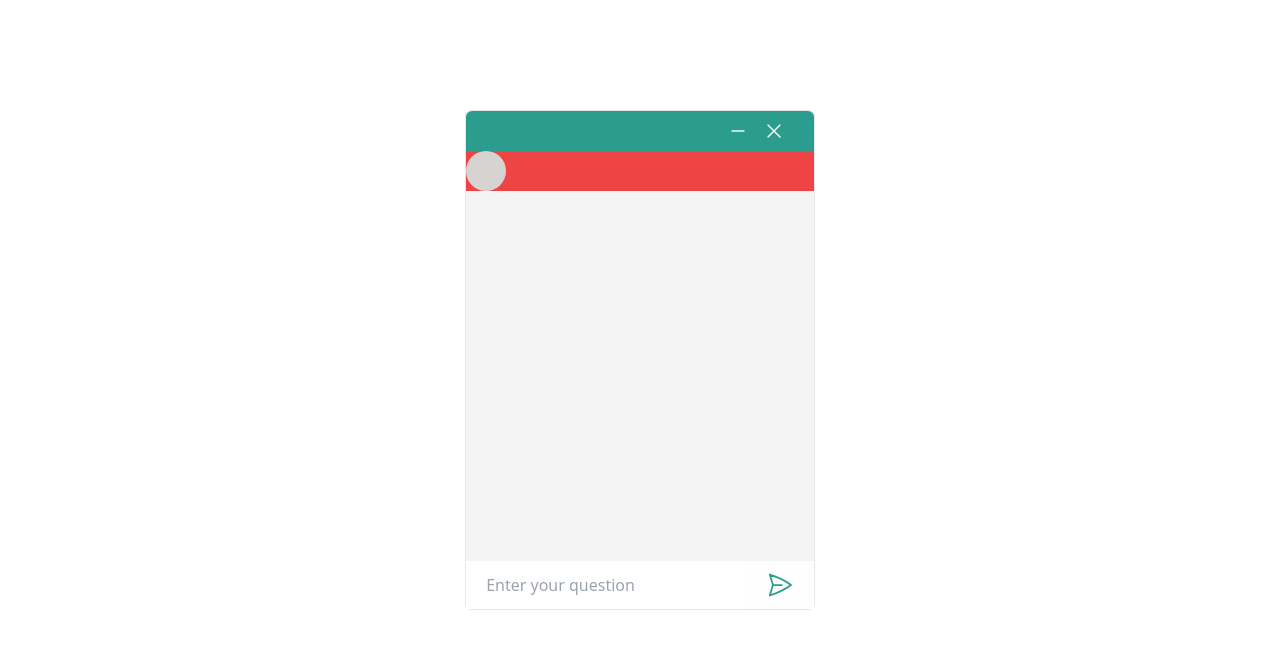
Repository: hsumyatm7308/Chatbot
Page: index.html
These files come from the project's save history. The page is drawn as it stood at one moment and after the next save; the edit follows.
The browser window is 1280 px wide. The pictures show the whole page.
Some web libraries are served in a nearby version.

Above is the page before, as saved 2023-07-08 17:33:39.

After the next save:
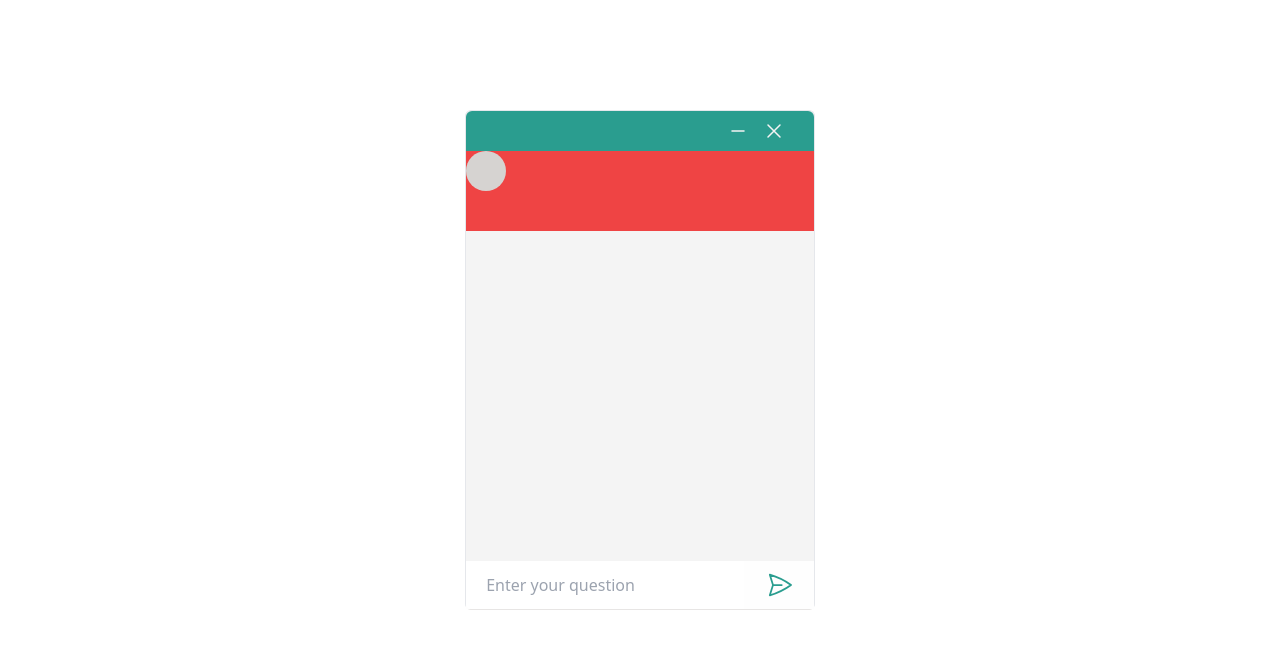
Saved 82 s later.
--- a/index.html
+++ b/index.html
@@ -25,8 +25,8 @@
             </div>
 
             <div class="w-full h-auto overflow-y-auto">
-                 <div class="w-full bg-red-500 grid profile-side">
-                       <div class="w-10 h-10 rounded-full bg-stone-300">
+                 <div class="w-full bg-red-500 grid grid-rows-2 profile-side">
+                       <div class="w-10 h-10 rounded-full bg-stone-300 span">
 
                        </div>
                        <div class="">

After the save that followed:
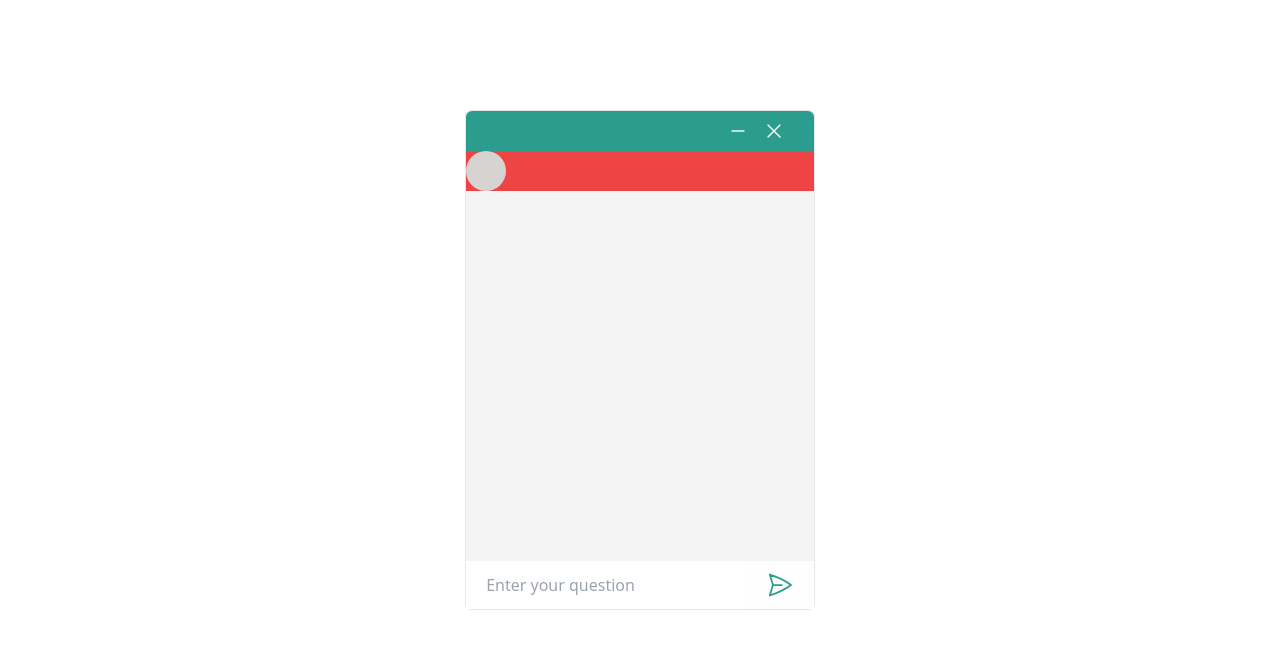
Saved 50 s later.
--- a/index.html
+++ b/index.html
@@ -25,11 +25,11 @@
             </div>
 
             <div class="w-full h-auto overflow-y-auto">
-                 <div class="w-full bg-red-500 grid grid-rows-2 profile-side">
-                       <div class="w-10 h-10 rounded-full bg-stone-300 span">
+                 <div class="w-full bg-red-500 grid grid-columns-3 profile-side">
+                       <div class="w-10 h-10 rounded-full bg-stone-300 col-span-1">
 
                        </div>
-                       <div class="">
+                       <div class=" col-span-2">
 
                        </div>
                  </div>
